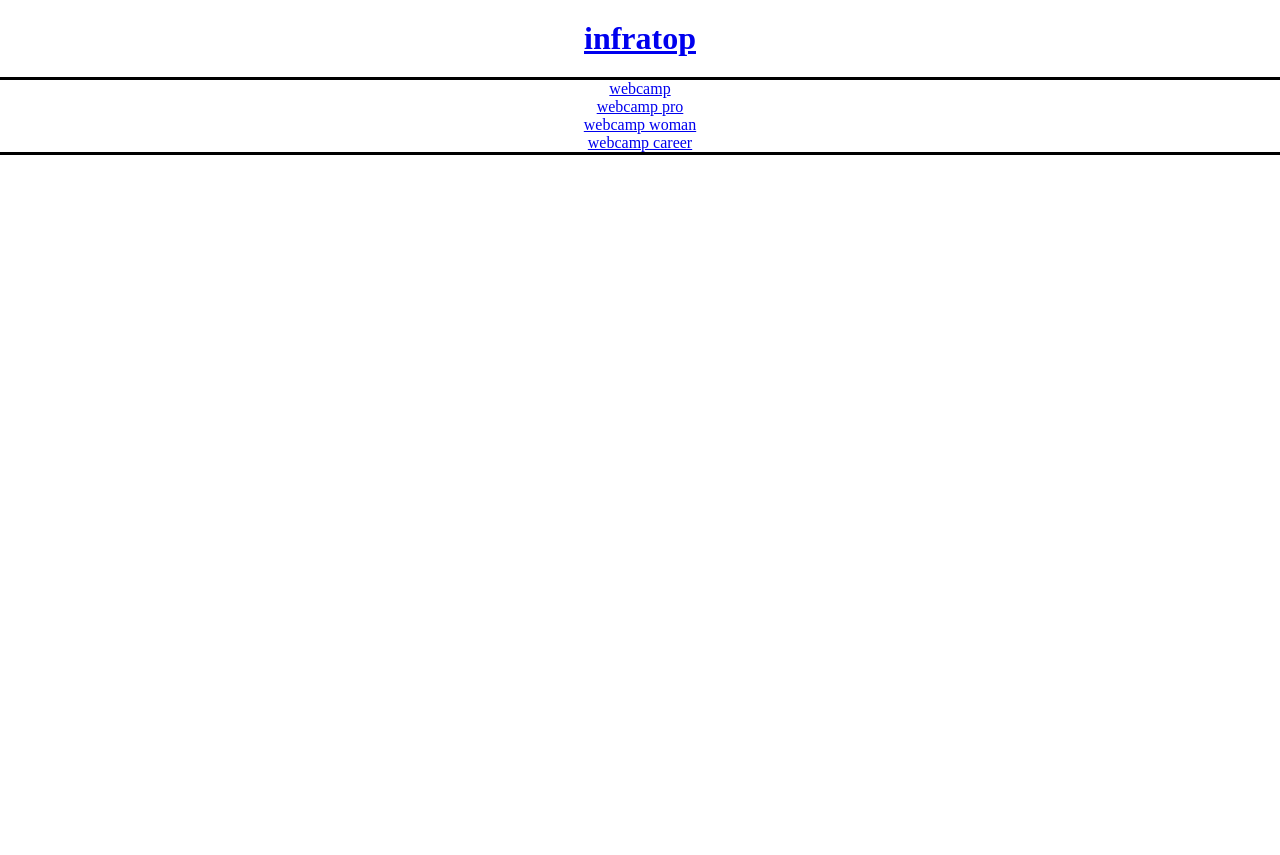
Repository: hayase-m/Webcamp
Page: chapter5/chapter5.html
The author's editor kept a record of every edit. The page is drawn from the files as they stood at one moment, then again after the next edit.
The browser window is 1280 px wide. The pictures show the whole page.

Above is the page before.

After the next edit:
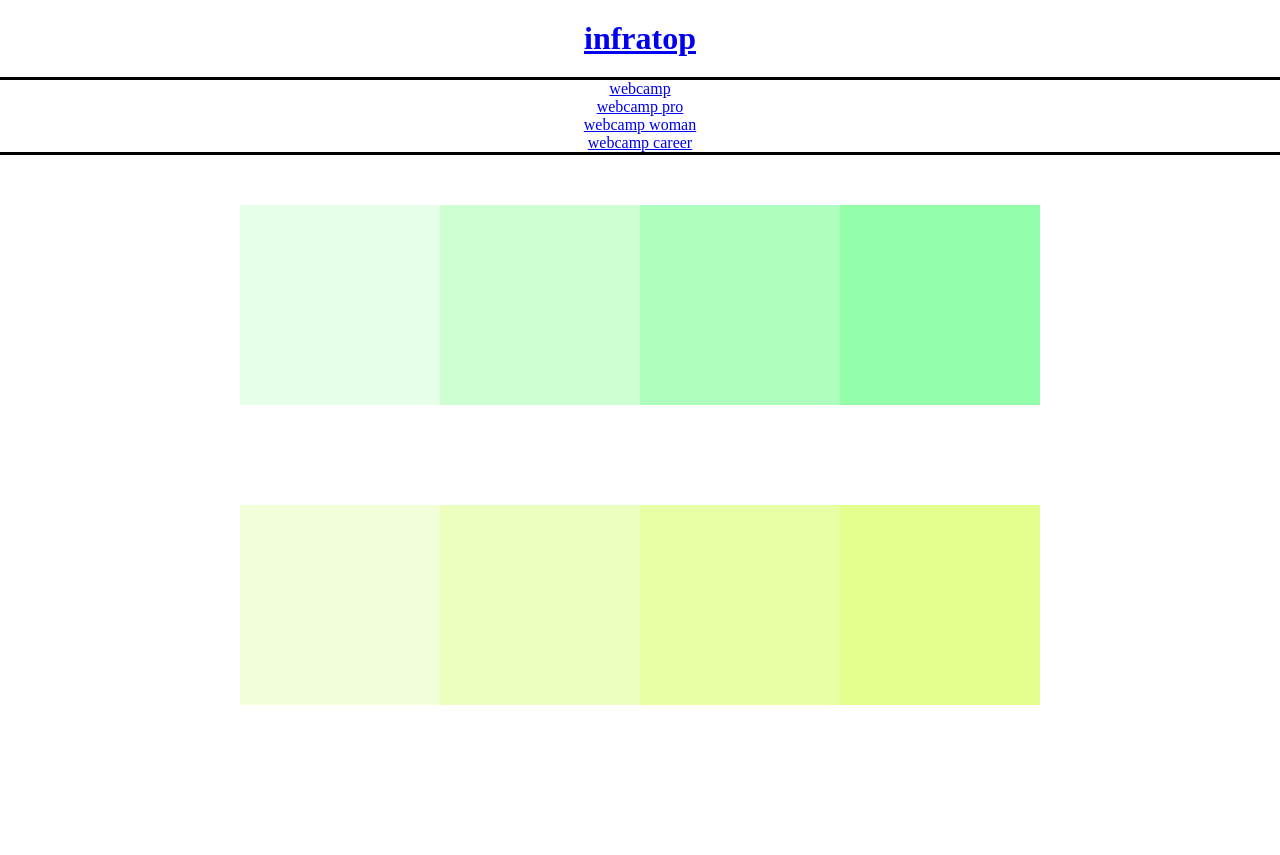
The edit:
--- a/chapter5/chapter5.html
+++ b/chapter5/chapter5.html
@@ -22,14 +22,14 @@
   </nav>
 
   <main>
-    <div></div>
-    <div></div>
-    <div></div>
-    <div></div>
-    <div></div>
-    <div></div>
-    <div></div>
-    <div></div>
+    <div class="box1"></div>
+    <div class="box2"></div>
+    <div class="box3"></div>
+    <div class="box4"></div>
+    <div class="box5"></div>
+    <div class="box6"></div>
+    <div class="box7"></div>
+    <div class="box8"></div>
   </main>
 
 
